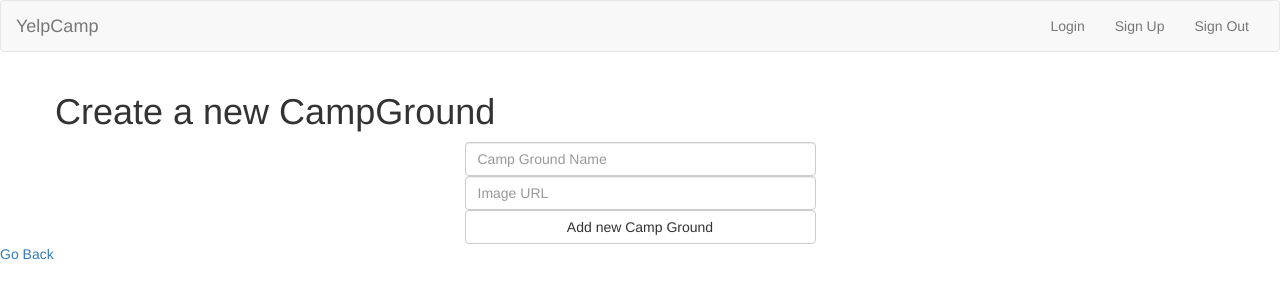
Repository: KMurphs/Tutorials
Page: YelpCamp/v1/views/newcampground.ejs
The author's editor kept a record of every edit. The page is drawn from the files as they stood at one moment, then again after the next edit.
The browser window is 1280 px wide. The pictures show the whole page.
The page is served by the project's Node server (YelpCamp/vtemplate/app.js). The template is opened directly, without the code that normally fills it, so the values that code supplies are empty.

Above is the page before.

### Web Development/Udemy - Boot Camp/Code/code/webdevebootcamp - backend/workspace/YelpCamp/v1/views/newcampground.ejs
<% include partials/header %>



<div class='container'>
	<div class='row'>
		<h1>Create a new CampGround</h1>
		<div style='width: 30%; margin: 0 auto;'>
			<form method="POST" action="/campgrounds" >
				<div class='from-group'>
					<input class='form-control' type="text" name="name" placeholder="Camp Ground Name">
				</div>
				<div class='from-group'>
					<input class='form-control'type="text" name="image" placeholder="Image URL">
				</div>
				<div class='from-group'>
					<button class='btn btn-large btn-default btn-block'>Add new Camp Ground</button>
				</div>
			</form>
		</div>
	</div>
</div>

<a href="/campgrounds">Go Back</a>
<% include partials/footer %>

### Web Development/Udemy - Boot Camp/Code/code/webdevebootcamp - backend/workspace/YelpCamp/v1/views/partials/header.ejs
<!DOCTYPE html>
<html>
<head>
	<title>The YelpCamp</title>
	<link rel="stylesheet" href="https://stackpath.bootstrapcdn.com/bootstrap/3.4.1/css/bootstrap.min.css" integrity="sha384-HSMxcRTRxnN+Bdg0JdbxYKrThecOKuH5zCYotlSAcp1+c8xmyTe9GYg1l9a69psu" crossorigin="anonymous">
</head>
<body>

<nav class="navbar navbar-default">
  <div class="container-fluid">
    <!-- Brand and toggle get grouped for better mobile display -->
    <div class="navbar-header">
      <a class="navbar-brand" href="/">YelpCamp</a>
    </div>

    <!-- Collect the nav links, forms, and other content for toggling -->
    <div class="collapse navbar-collapse" id="bs-example-navbar-collapse-1">

      <ul class="nav navbar-nav navbar-right">
        <li><a href="/">Login</a></li>
        <li><a href="/">Sign Up</a></li>
        <li><a href="/">Sign Out</a></li>
      </ul>
    </div><!-- /.navbar-collapse -->
  </div><!-- /.container-fluid -->
</nav>

### Web Development/Udemy - Boot Camp/Code/code/webdevebootcamp - backend/workspace/YelpCamp/v1/views/partials/footer.ejs
<!--<div>TradeMark YelpCamp 2019</div>-->
</body>
</html>

### Web Development/Udemy - Boot Camp/Code/code/webdevebootcamp - backend/workspace/YelpCamp/vtemplate/app.js
// Setting up the enviroment
var express = require("express");
var bodyParser = require("body-parser");
var request = require('request');
var helpDebug = true;

var app = express();
app.set('view engine', 'ejs');
app.use(express.static(__dirname + '/public'));
app.use(bodyParser.urlencoded({extended: true}));


//////////////Server Routes


//Home Page GET request route
app.get('/', function(req, res){
    if(helpDebug)console.log('A GET Request to the Home Page was just made to the server');
    res.render('home');
});


//Catch all route, default route for unhandled GET requests
app.get('*', function(req, res){
    if(helpDebug)console.log('An unhandled GET Request was just made to the server');
    res.render('default');
});



/////////////Starting the server
app.listen(process.env.PORT, process.env.IP, function(){
   console.log('YelpCamp Server has started!');
});

After the next edit:
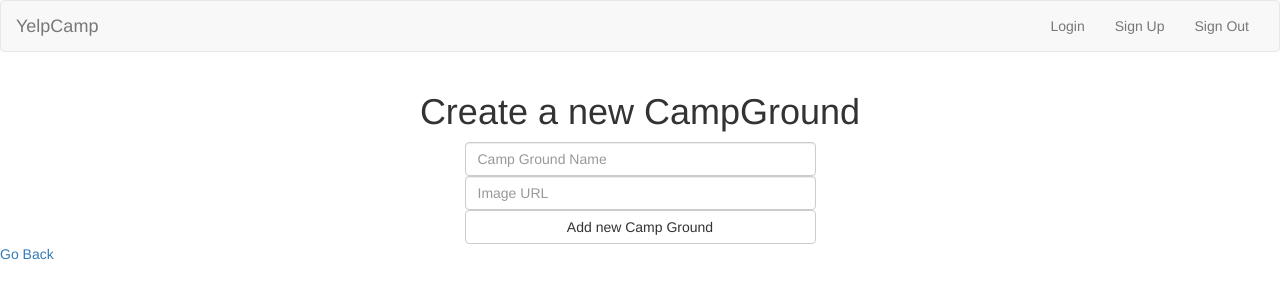
The edit:
--- a/Web Development/Udemy - Boot Camp/Code/code/webdevebootcamp - backend/workspace/YelpCamp/v1/views/newcampground.ejs
+++ b/Web Development/Udemy - Boot Camp/Code/code/webdevebootcamp - backend/workspace/YelpCamp/v1/views/newcampground.ejs
@@ -4,7 +4,7 @@
 
 <div class='container'>
 	<div class='row'>
-		<h1>Create a new CampGround</h1>
+		<h1 style='text-align: center;'>Create a new CampGround</h1>
 		<div style='width: 30%; margin: 0 auto;'>
 			<form method="POST" action="/campgrounds" >
 				<div class='from-group'>
